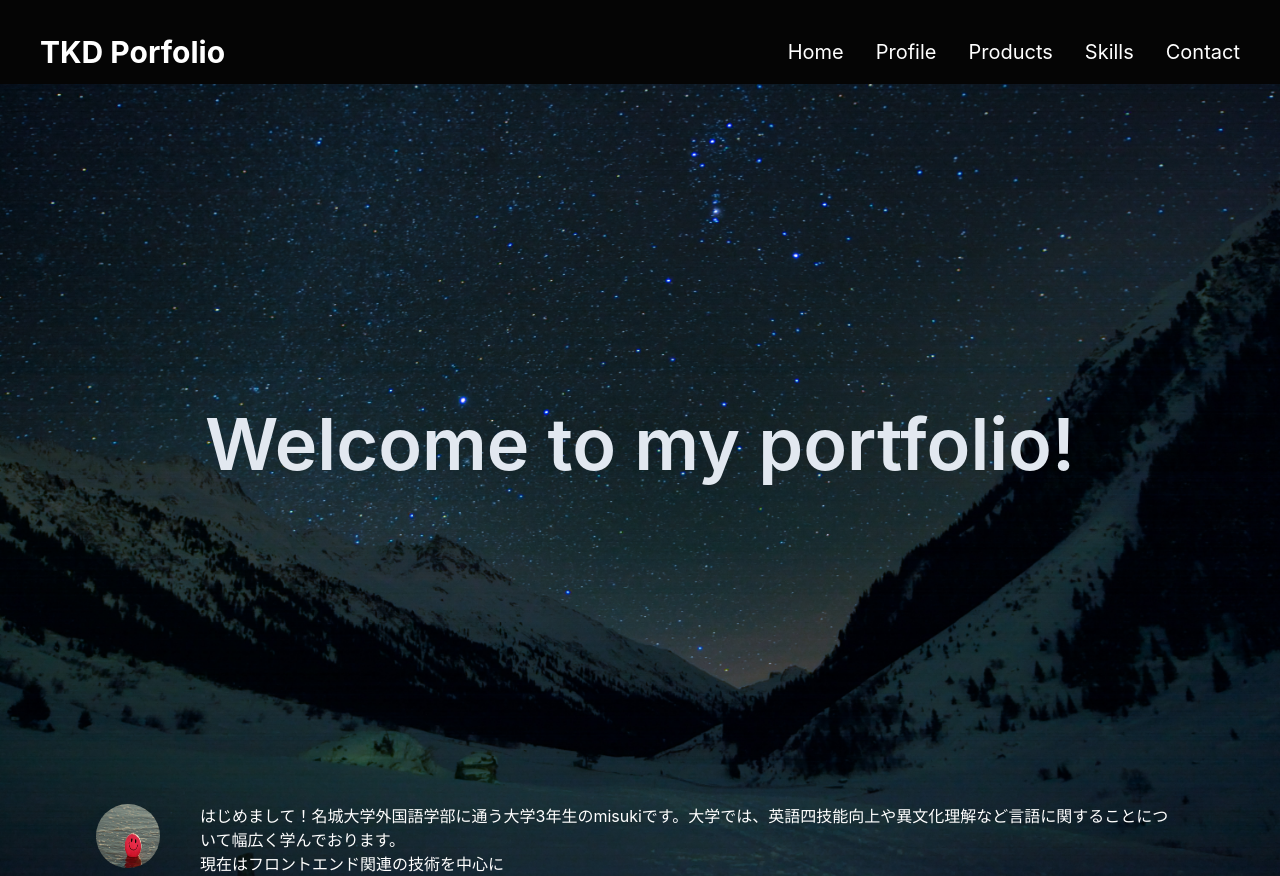
Repository: MitukiTakada/todo-aplication
Page: / (app in design/dev/react-tailwind/react-tailwind/)
These files come from the project's save history. The page is drawn as it stood at one moment and after a run of saves; the edit follows.
The browser window is 1280 px wide. The pictures show the whole page.
The project was rebuilt for these pictures with package versions that can differ from the ones it lists, and the page was loaded fresh each time. Also part of the build but not shown: design/dev/react-tailwind/react-tailwind/src/components/Contact.jsx, design/dev/react-tailwind/react-tailwind/src/components/Products.jsx, design/dev/react-tailwind/react-tailwind/src/components/Profile.jsx, design/dev/react-tailwind/react-tailwind/src/components/Skills.jsx.

Above is the page before, as saved 2022-11-19 14:53:02.

### design/dev/react-tailwind/react-tailwind/public/index.html
<!DOCTYPE html>
<html lang="en">
  <head>
    <meta charset="utf-8" />
    <link rel="icon" href="%PUBLIC_URL%/favicon.ico" />
    <meta name="viewport" content="width=device-width, initial-scale=1" />
    <meta name="theme-color" content="#000000" />
    <meta
      name="description"
      content="Web site created using create-react-app"
    />
    <link rel="apple-touch-icon" href="%PUBLIC_URL%/logo192.png" />
    <link rel ="stylesheet" href="https://cdnjs.cloudflare.com/ajax/libs/font-awesome/5.15.3/css/all.min.css">
    <!--
      manifest.json provides metadata used when your web app is installed on a
      user's mobile device or desktop. See https://developers.google.com/web/fundamentals/web-app-manifest/
    -->
    <link rel="manifest" href="%PUBLIC_URL%/manifest.json" />
    <!--
      Notice the use of %PUBLIC_URL% in the tags above.
      It will be replaced with the URL of the `public` folder during the build.
      Only files inside the `public` folder can be referenced from the HTML.

      Unlike "/favicon.ico" or "favicon.ico", "%PUBLIC_URL%/favicon.ico" will
      work correctly both with client-side routing and a non-root public URL.
      Learn how to configure a non-root public URL by running `npm run build`.
    -->
    <title>React App</title>
  </head>
  <body>
    <noscript>You need to enable JavaScript to run this app.</noscript>
    <div id="root"></div>
    <!--
      This HTML file is a template.
      If you open it directly in the browser, you will see an empty page.

      You can add webfonts, meta tags, or analytics to this file.
      The build step will place the bundled scripts into the <body> tag.

      To begin the development, run `npm start` or `yarn start`.
      To create a production bundle, use `npm run build` or `yarn build`.
    -->
  </body>
</html>

### design/dev/react-tailwind/react-tailwind/src/index.jsx
import React from 'react';
import ReactDOM from 'react-dom/client';
import './index.css';
import App from './App';
import reportWebVitals from './reportWebVitals';
import { BrowserRouter } from 'react-router-dom';
import { ChakraProvider } from '@chakra-ui/provider';

const root = ReactDOM.createRoot(document.getElementById('root'));
root.render(
  <React.StrictMode>
    <BrowserRouter>
        <ChakraProvider>
          <App />
        </ChakraProvider>
    </BrowserRouter>
  </React.StrictMode>
);

// If you want to start measuring performance in your app, pass a function
// to log results (for example: reportWebVitals(console.log))
// or send to an analytics endpoint. Learn more: https://bit.ly/CRA-vitals
reportWebVitals();

### design/dev/react-tailwind/react-tailwind/src/App.jsx
import { BrowserRouter, Routes, Route } from "react-router-dom";
import Contact from "./components/Contact";
import Header from "./components/Header";
import Home from "./components/Home";
import Products from "./components/Products";
import Profile from "./components/Profile";
import Skills from "./components/Skills";


function App() {
  return (
    <div className=" bg-body  text-white w-full sm:px-0 pt-5">
     <Header />
      <Routes>
        <Route path="/" element={<Home />}/>
        <Route path="/prfole" element={<Profile />}/>
        <Route path="products" element={<Products />}/>
        <Route path="/skills" element={<Skills />}/>
        <Route path="/contact" element={<Contact />}/>
      </Routes>
    </div>
  );
}

export default App;

### design/dev/react-tailwind/react-tailwind/src/components/Header.jsx
import React from 'react'
import { Link } from 'react-router-dom'
import "./output.css"
import Hamburger from './atoms/Hamburger'

const Header = () => {
  return (
    <header className="container flex justify-between  w-full items-center mr-0 relative h-16 px-10">
      <div>
        <h2 className="text-2xl font-bold md:text-3xl">TKD Porfolio</h2>
      </div>
      <nav className="flex space-x-8 text-xl ml-8 items-center hidden md:block">
        <Link to={"/"} className="link">Home</Link>
        <Link to={"/profile"} className="link">Profile</Link>
        <Link to={"/products"} className="link">Products</Link>
        <Link to={"/skills"} className="link">Skills</Link>
        <Link to={"/contact"} className="link">Contact</Link>
      </nav>
      <Hamburger className="md:hidden absolute right-3"/>
    </header>
  )
}

export default Header

### design/dev/react-tailwind/react-tailwind/src/components/Home.jsx
import React from 'react'
import mainImage from "../images/main-image.jpeg"
import "./Home.css";
import userImage from "../images/user.jpg"

const Home = () => {
  return (
    <div className="home ">
      <div className="items-center ">
        <h1 className=" font-semibold text-3xl 100v text-center text-slate-200 lg:text-7xl md:text-5xl">Welcome to my portfolio!</h1>
      </div>
      <div className="flex mx-auto px-24 space-x-10">
        <img src={userImage} alt="" className="h-16 w-16 rounded-full"/>
        <p>
          はじめまして！名城大学外国語学部に通う大学3年生のmisukiです。大学では、英語四技能向上や異文化理解など言語に関することについて幅広く学んでおります。
          <br />
          現在はフロントエンド関連の技術を中心に
        </p>
      </div>
    </div>
  )
}

export default Home

### design/dev/react-tailwind/react-tailwind/src/components/output.css
.link {
  @apply hover:text-purple-400 transition-all duration-300;
}
.drawer-link {
  @apply hover:text-purple-400 transition-all duration-300 text-xl block text-center my-3;
}
.contact-btn {
  @apply bg-purple-500 font-bold text-xl px-3 py-2 rounded border-none hover:bg-purple-800 duration-300 transition-all mt-10
}
.secondary-title {
  @apply text-3xl font-bold;
}
.secondary-title::before {
  content: "";
  @apply block w-12 h-2 bg-purple-400 rounded-full mb-1;
}

.section-paragraph {
  @apply text-secondary my-6 w-full max-w-3xl
}

.badge {
  @apply px-4 py-2 text-sm rounded bg-badge block
}

.send-btn {
  @apply bg-teal-400 font-bold text-xl px-3 py-2 rounded border-none hover:bg-teal-600 duration-300 transition-all mt-10
}

### design/dev/react-tailwind/react-tailwind/src/components/atoms/Hamburger.jsx
import React from 'react'
import {
  Drawer,
  DrawerBody,
  DrawerOverlay,
  DrawerContent,
  DrawerCloseButton,
  useDisclosure,
  Button
} from '@chakra-ui/react'
import { Link } from 'react-router-dom';
import { HamburgerIcon } from '@chakra-ui/icons';

const Hamburger = () => {
  const { isOpen, onOpen, onClose } = useDisclosure()
  return (
    <div className="md:hidden">
        <HamburgerIcon h={30} w={30} className="hover:text-purple-400 duration-300 transition-all cursor-pointer"
        onClick={onOpen}
        />
        <Drawer isOpen={isOpen} onClose={onClose} placement="left" size="xs">
          <DrawerOverlay>
            <DrawerContent>
              <DrawerBody className="w-2/5 bg-slate-200 h-full p-12">
                <div className="z-20 space-y-5 text-xl">
                  <Link to={"/"} className="link drawer-link">Home</Link>
                  <Link to={"/profile"} className="link drawer-link">Profile</Link>
                  <Link to={"/products"} className="link drawer-link">Products</Link>
                  <Link to={"/skills"} className="link drawer-link">Skills</Link>
                  <Link to={"/contact"} className="link drawer-link">Contact</Link>
                  <DrawerCloseButton className="text-white text-md  p-2 rounded mt-15 mx-auto bg-red-400 transition-all duration-300 hover:bg-red-700 ">閉じる</DrawerCloseButton>
                </div>
              </DrawerBody>
            </DrawerContent>
          </DrawerOverlay>
        </Drawer>
      </div>
  )
}

export default Hamburger

### design/dev/react-tailwind/react-tailwind/src/components/Home.css
.home {
  background-image: url(../images/mountain.jpeg);
  background-position: center;
  background-size: cover;
  height: 100%;
  width: 100%;
}

.home h1 {
  line-height: 100vh;
  align-items: center;
}

### design/dev/react-tailwind/react-tailwind/tailwind.config.js
/** @type {import('tailwindcss').Config} */
module.exports = {
  content: [
    "./src/**/*.{js,jsx,ts,tsx}",
  ],
  theme: {
    extend: {

      colors: {
        body: "#050505",
        secondary: "#9191A4",
        badge: "#3F3F51"
      },
      lineHeight: {
        "100v": "100vh"
      }
    },
  },
  plugins: [],
}

Loaded but not shown: design/dev/react-tailwind/react-tailwind/src/index.css (common file); design/dev/react-tailwind/react-tailwind/src/reportWebVitals.js (common file)

After the next 2 saves:
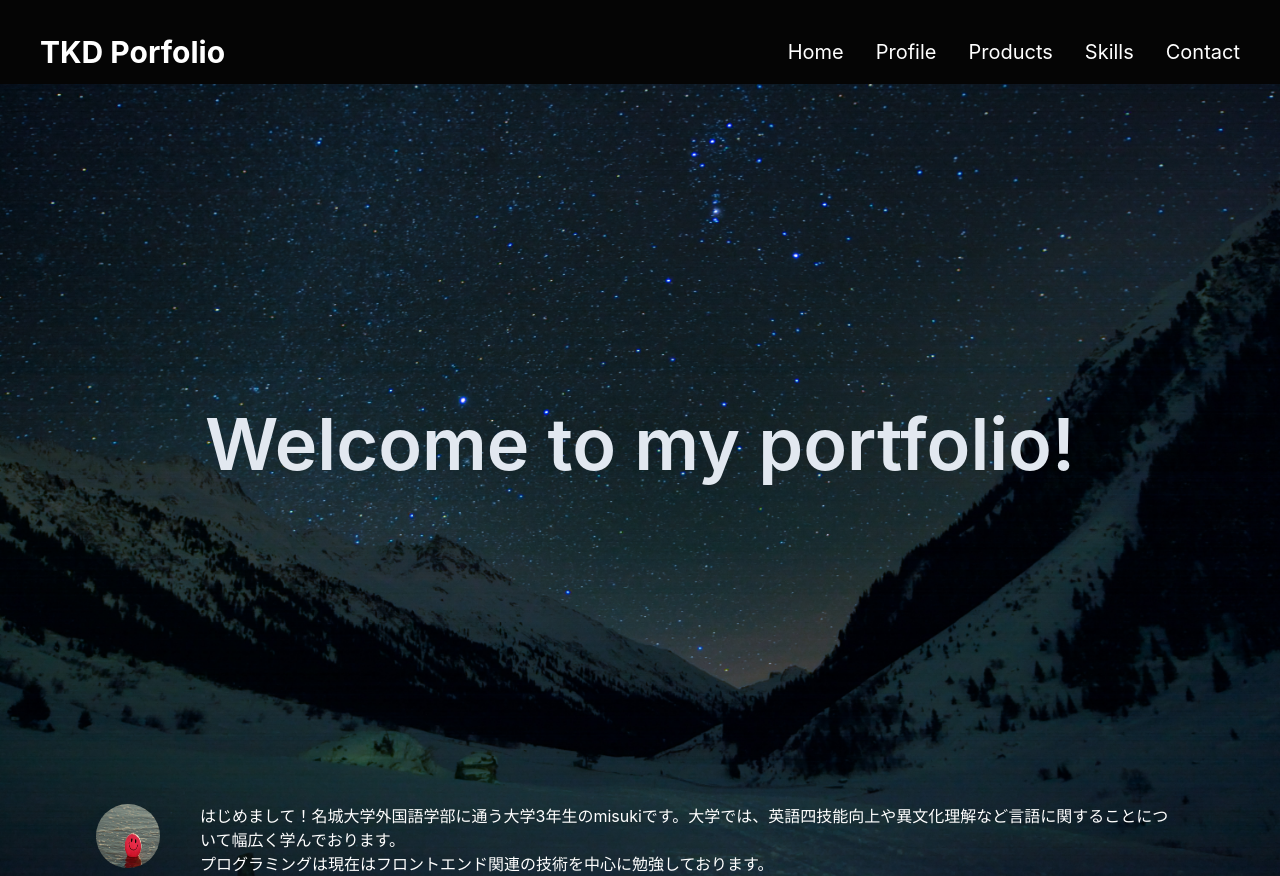
The 2 saves are shown as one change because they came seconds apart.
The last was saved 9 s later.
--- a/design/dev/react-tailwind/react-tailwind/src/components/Home.jsx
+++ b/design/dev/react-tailwind/react-tailwind/src/components/Home.jsx
@@ -14,7 +14,7 @@ const Home = () => {
         <p>
           はじめまして！名城大学外国語学部に通う大学3年生のmisukiです。大学では、英語四技能向上や異文化理解など言語に関することについて幅広く学んでおります。
           <br />
-          現在はフロントエンド関連の技術を中心に
+          プログラミングは現在はフロントエンド関連の技術を中心に勉強しております。
         </p>
       </div>
     </div>
